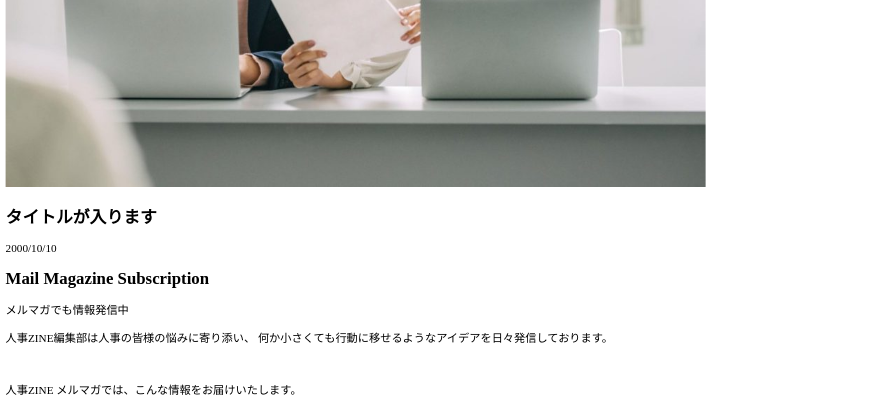
Repository: daisukey623/WpPractice
Page: index.html
These files come from the project's save history. The page is drawn as it stood at one moment and after a run of saves; the edit follows.
The browser window is 1280 px wide. The pictures show the part of the page from y = 1623 to 3543 px (the page is 2207 px tall before and 3543 px after), at 70% of full size.

Above is the page before, as saved 2021-09-21 21:55:26.

### index.html
<!DOCTYPE html>
<html lang="en">
  <head>
    <meta charset="UTF-8" />
    <meta http-equiv="X-UA-Compatible" content="IE=edge" />
    <meta name="viewport" content="width=device-width, initial-scale=1.0" />
    <title>Document</title>
  </head>
  <body>
    <header>
      <div>
        <p>新任人事の悩みに寄り添うメディア</p>
        <img src="/img/logo_black.png" alt="ロゴ" />
      </div>
      <nav>
        <ul>
          <li><a href="">採用</a></li>
          <li><a href="">人材/組織開発</a></li>
          <li><a href="">労務</a></li>
          <li><a href="">人気記事</a></li>
          <li><a href="">お役立ち資料</a></li>
        </ul>
      </nav>
      <menu></menu>
    </header>
    <main>
      <article>
        <div>
          <img src="/img/eyecatch.jpg" alt="アイキャッチ" />
          <h2>記事のタイトルが入ります</h2>
          <p>
            記事ディスクリプションが入ります。記事ディスクリプションが入ります。記事ディスクリプションが入ります。記事ディスクリプションが入ります。
            記事ディスクリプションが入ります。記事ディスクリプションが入ります。
          </p>
          <p>#人材活躍×定着</p>
          <p>2000/10/10</p>
        </div>
      </article>
    </main>
    <aside>
      <article>
        <div>
          <img src="/img/eyecatch.jpg" alt="" />
          <h2>タイトルが入ります</h2>
          <p>2000/10/10</p>
        </div>
      </article>
    </aside>
    <footer>
      <div>
        <h2>Mail Magazine Subscription</h2>
        <p>メルマガでも情報発信中</p>
        <p>
          人事ZINE編集部は人事の皆様の悩みに寄り添い、
          何か小さくても行動に移せるようなアイデアを日々発信しております。
        </p>
      </div>
      <div>
        <img src="" alt="">
        <p>
          人事ZINE メルマガでは、こんな情報をお届けいたします。
        </p>
      </div>
    </footer>
  </body>
</html>

After the next 3 saves:
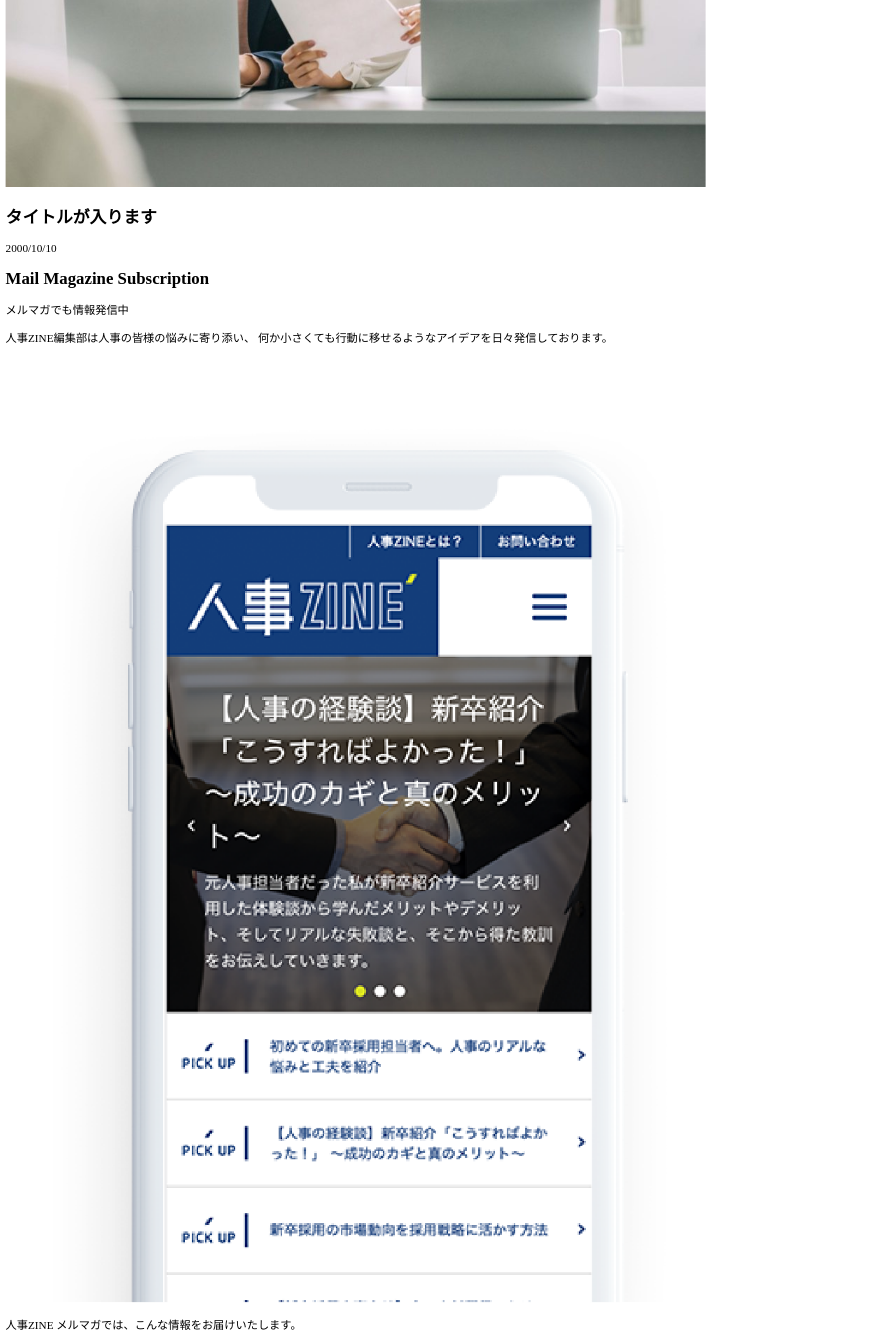
The 3 saves are shown as one change because they came seconds apart.
The last was saved 7 s later.
--- a/index.html
+++ b/index.html
@@ -56,7 +56,7 @@
         </p>
       </div>
       <div>
-        <img src="" alt="">
+        <img src="/img/footer_mail_mobile.png" alt="">
         <p>
           人事ZINE メルマガでは、こんな情報をお届けいたします。
         </p>
